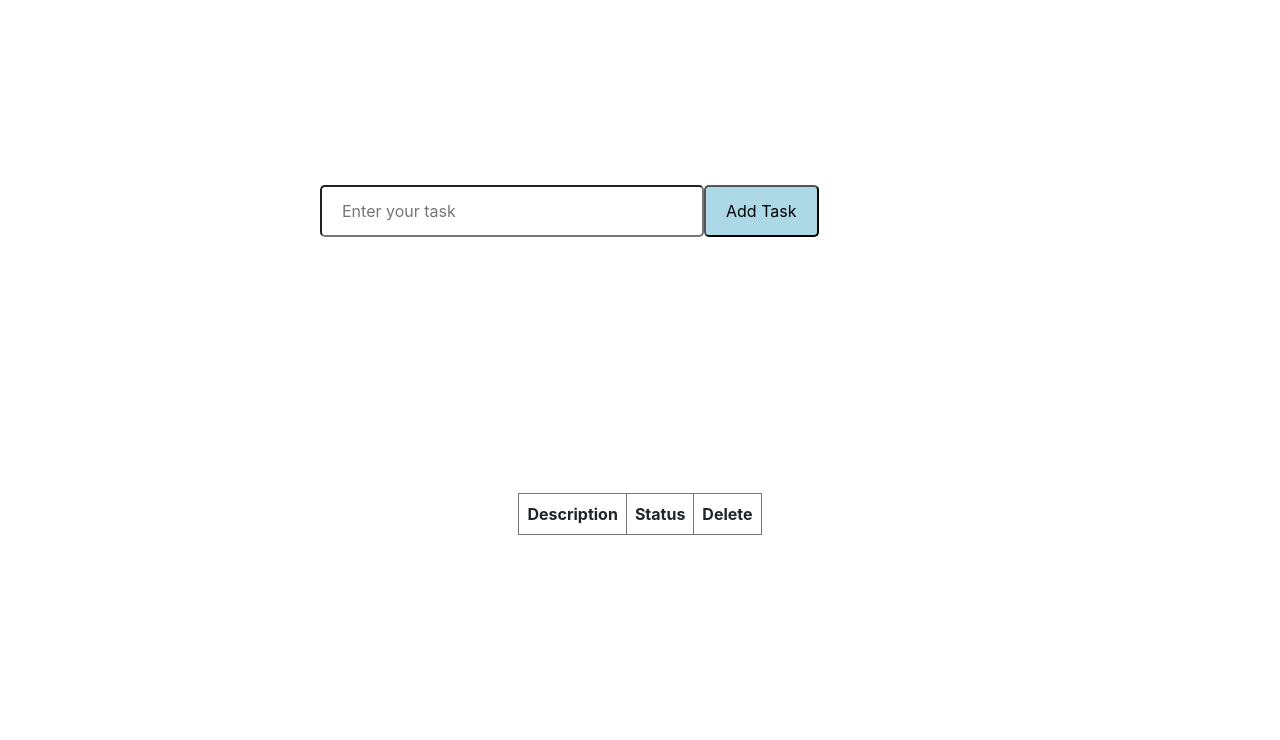
Repository: 12Arc/todoapp
Page: / (app in client/)
An editor plug-in stored every save of this project. The page is shown before and after a run of saves, followed by the edit.
The browser window is 1280 px wide. The pictures show the whole page.
The page's requests for data from a server got no answer. Some web libraries are served in a nearby version. The project was rebuilt for these pictures with package versions that can differ from the ones it lists, and the page was loaded fresh each time. No one was signed in, and anything a server would have sent is missing.

Above is the page before, as saved 2024-05-14 00:08:37.

### client/src/App.js
import React, { Fragment } from "react";
import "./App.css";

// Components
import AddTask from './components/Input';
import ListTodo from "./components/List";

function App() {
  return (

      <div className="main-container">

          <AddTask />



    </div>

  );
}

export default App;

### client/src/App.css
.App {
  text-align: center;
}

.App-logo {
  height: 40vmin;
  pointer-events: none;
}

@media (prefers-reduced-motion: no-preference) {
  .App-logo {
    animation: App-logo-spin infinite 20s linear;
  }
}

.main-container {
  display: flex;
  flex-direction: column;
  align-items: center;
  justify-content: flex-start;
  width: 100vw;
  min-height: 100vh;
  padding: 20px;
}

/* Optional: Adjustments if you prefer side-by-side layout */








.App-header {
  background-color: #282c34;
  min-height: 100vh;
  display: flex;
  flex-direction: column;
  align-items: center;
  justify-content: center;
  font-size: calc(10px + 2vmin);
  color: white;
}

.App-link {
  color: #61dafb;
}

@keyframes App-logo-spin {
  from {
    transform: rotate(0deg);
  }
  to {
    transform: rotate(360deg);
  }
}

### client/src/components/Input.js
import React, {useState} from 'react';
import '../styles.css'; // Import the CSS directly
import axios from 'axios'
import ListTodo from './List';


const AddTask= ()=>{
    //axios.defaults.baseURL = "http://localhost:8080";
    const[task, setTask] = useState("")
    const handleChange=(e)=>{
        setTask(e.target.value)

    }
    const handleSubmit=async(e)=>{
        e.preventDefault()
        try{
            const response = await axios.post('http://localhost:8080/todolist/add',{task} )
            console.log(response.data)
            setTask("")
            alert("Task added!")


        }catch(error){
            console.log("Error in posting task", error)
        }

    }

    return (

        <div className="box">
            <form className="inputbox" onSubmit={handleSubmit}>
                <input
                    type="text"
                    placeholder="Enter your task"
                    value={task}
                    onChange={handleChange}/>
                <button className="button" type="submit" >Add Task</button>
            </form>
            <ListTodo></ListTodo>
        </div>
    )
}

export default AddTask

### client/src/components/List.js
import React, {useState, Fragment, useEffect} from 'react'
import axios from 'axios'
import '../styles.css';
const ListTodo = ()=>{

    const [List, setList] = useState([])

    const getTodo = async()=>{
        try{
            const response = await axios.get("http://localhost:8080/todolist/",List)
            setList(response.data)
        }catch(err){
            console.error(err.message)
        }
    }
    useEffect(() => {
        getTodo();
      }, []);
    console.log(List)

    return (

        <Fragment>
            <table >
                <thead>
                    <tr>
                    <th>Description</th>
                    <th>Status</th>
            <       th>Delete</th>
                    </tr>
                </thead>
                <tbody>
                {List.map(item=>(
                    <tr key={item._id}>
                        <td>{item.task}</td>
                        <td><button>Complete</button></td>
                        <td><button>Delete</button></td>

                    </tr>
                ))}
             </tbody>
            </table>
        </Fragment>
    )
}

export default ListTodo

### client/src/styles.css

.box {
  display: flex;
  align-items: center; /* Vertically center the content */
  justify-content: center; /* Horizontally center the content */
  height: 100vh; /* Full viewport height */
  width: 100vw; /* Full viewport width */
  flex-direction: column;
  position: relative;
}

/* Styles for the input container */
.inputbox {
  width: 50%; /* Adjust based on preference, e.g., 80% of the parent width */
  display: flex;
  margin-bottom: 20%;


}

/* Ensure the input field itself is styled appealingly */
input {
  width: 60%; /* Fill the container */
  padding: 12px 20px; /* Padding for aesthetics */
  font-size: 16px; /* Sufficiently large font size for readability */

  border-radius: 5px; /* Rounded corners */
}

/* Reset default margins and paddings */
body {
  margin: 0;
  padding: 0;
  display: flex;
  justify-content: center;
  align-items: center;
  height: 100vh;
}

.button{
  padding: 12px 20px;
  cursor: pointer;
  border-radius: 5px;
  background-color: lightblue;


}

td,th{
  border: 1px solid #777;
  padding: 0.5rem;
  text-align: center;
}

table{
  border-collapse: collapse;
}

tbody tr:nth-child(odd) {
  background: #eee;
}

Loaded but not shown: client/public/index.html (common file); client/src/index.js (common file); client/src/index.css (common file)

After the next 2 saves:
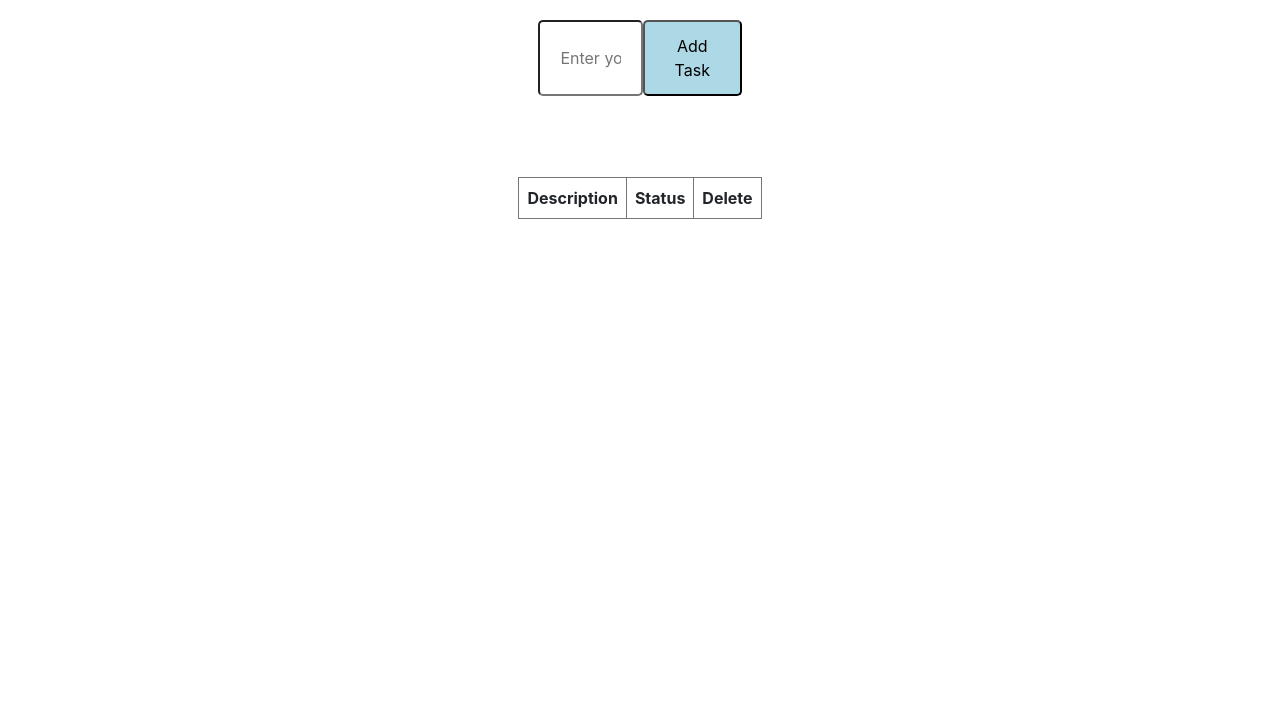
The 2 saves are shown as one change because they came seconds apart.
The last was saved 54 s later.
--- a/client/src/styles.css
+++ b/client/src/styles.css
@@ -3,8 +3,6 @@
   display: flex;
   align-items: center; /* Vertically center the content */
   justify-content: center; /* Horizontally center the content */
-  height: 100vh; /* Full viewport height */
-  width: 100vw; /* Full viewport width */
   flex-direction: column;
   position: relative;
 }

After the 2 saves that followed:
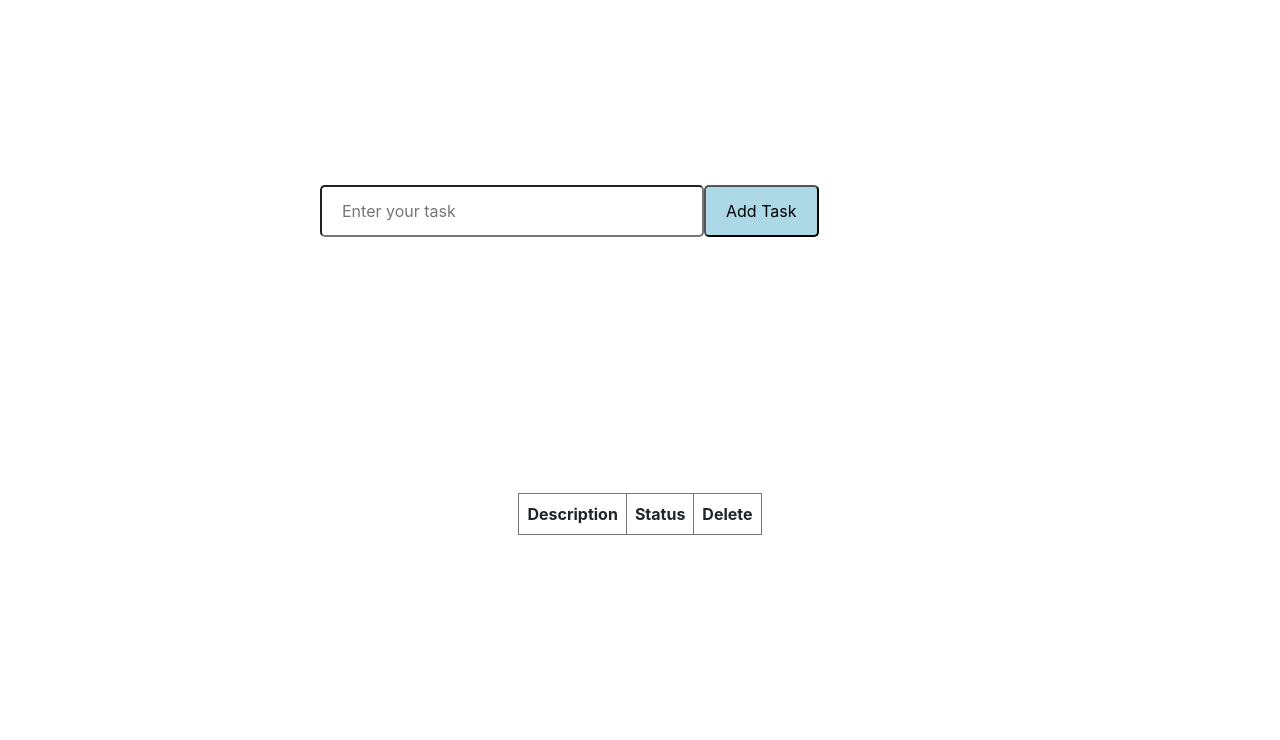
The 2 saves are shown as one change because they came seconds apart.
The last was saved 11 s later.
--- a/client/src/styles.css
+++ b/client/src/styles.css
@@ -3,6 +3,8 @@
   display: flex;
   align-items: center; /* Vertically center the content */
   justify-content: center; /* Horizontally center the content */
+  height: 100vh; /* Full viewport height */
+  width: 100vw; /* Full viewport width */
   flex-direction: column;
   position: relative;
 }
